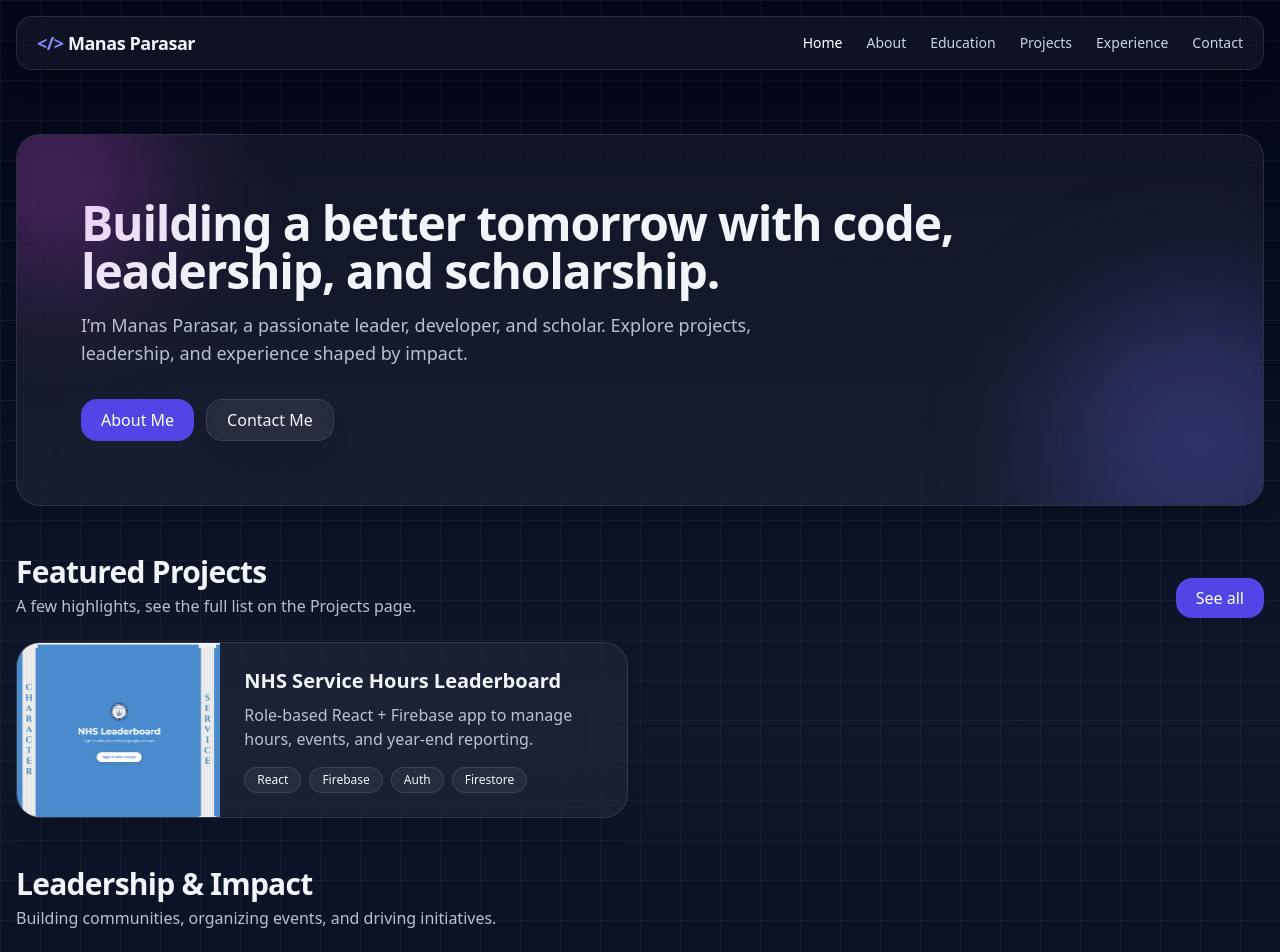
Repository: Manas-Parasar/portfolio-manas-parasar
Page: /
An editor plug-in stored every save of this project. The page is shown before and after the next save, followed by the edit.
The browser window is 1280 px wide. The pictures show the part of the page from y = 0 to 952 px (the page is 1454 px tall before and 1406 px after).
Pictures or frames that could not be fetched are drawn as grey boxes. The project was rebuilt for these pictures with package versions that can differ from the ones it lists, and the page was loaded fresh each time. Also part of the build but not shown: vite.config.js, src/pages/About.jsx, src/pages/Projects.jsx, src/components/TimelineItem.jsx, src/pages/Experience.jsx, src/pages/Contact.jsx. Imported but missing from the stored project, and not drawn on this page: src/assets/Manas Parasar Resume.pdf.

Above is the page before, as saved 2025-08-23 22:50:09.

After the next save:
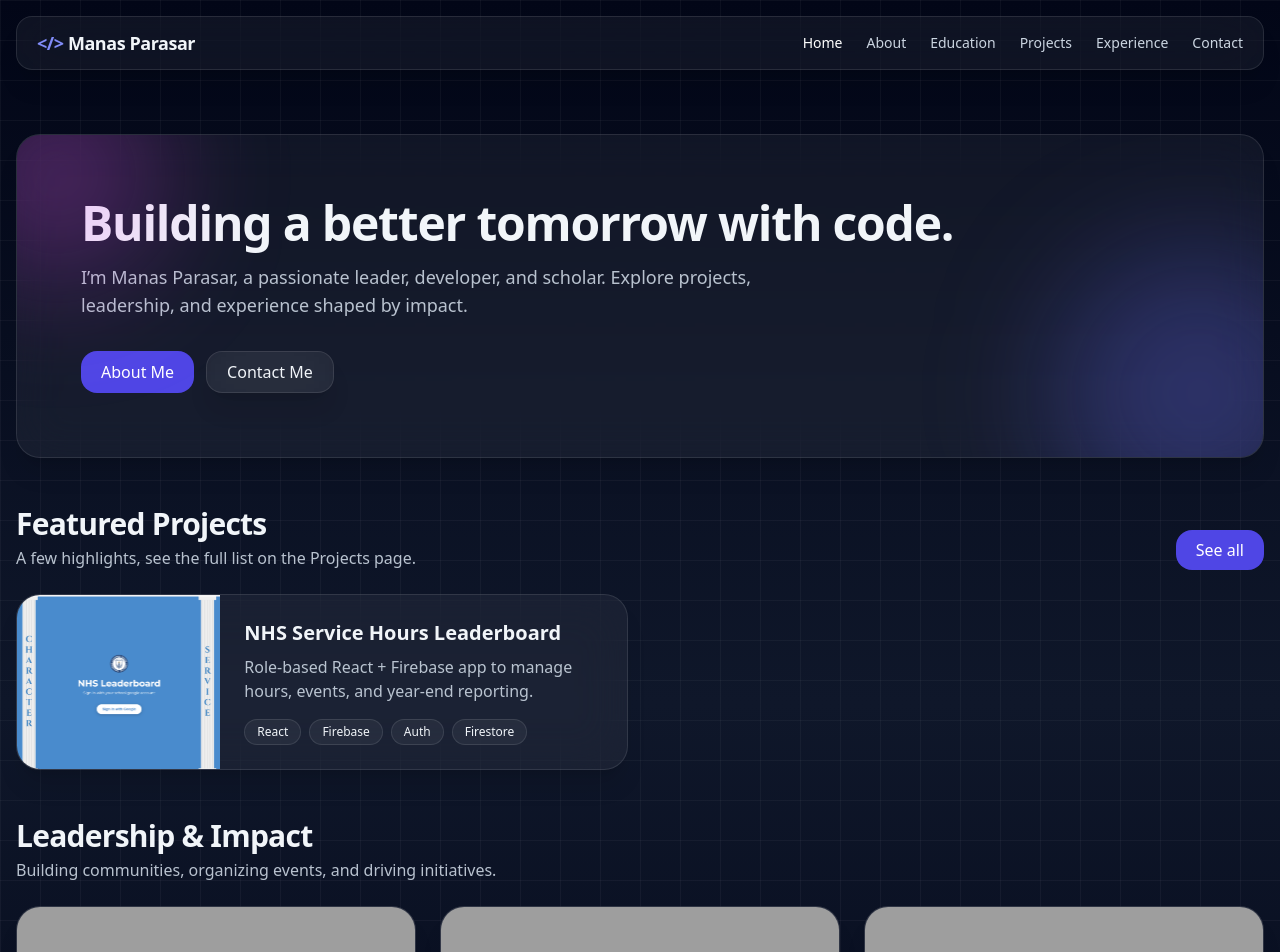
Saved 8 min 2 s later.
--- a/src/components/Hero.jsx
+++ b/src/components/Hero.jsx
@@ -10,7 +10,7 @@ export default function Hero() {
           transition={{ duration: 0.6 }}
           className="headline"
         >
-          Building a better tomorrow with code, leadership, and scholarship.
+          Building a better tomorrow with code.
         </motion.h1>
         <motion.p
           initial={{ opacity: 0, y: 20 }}
